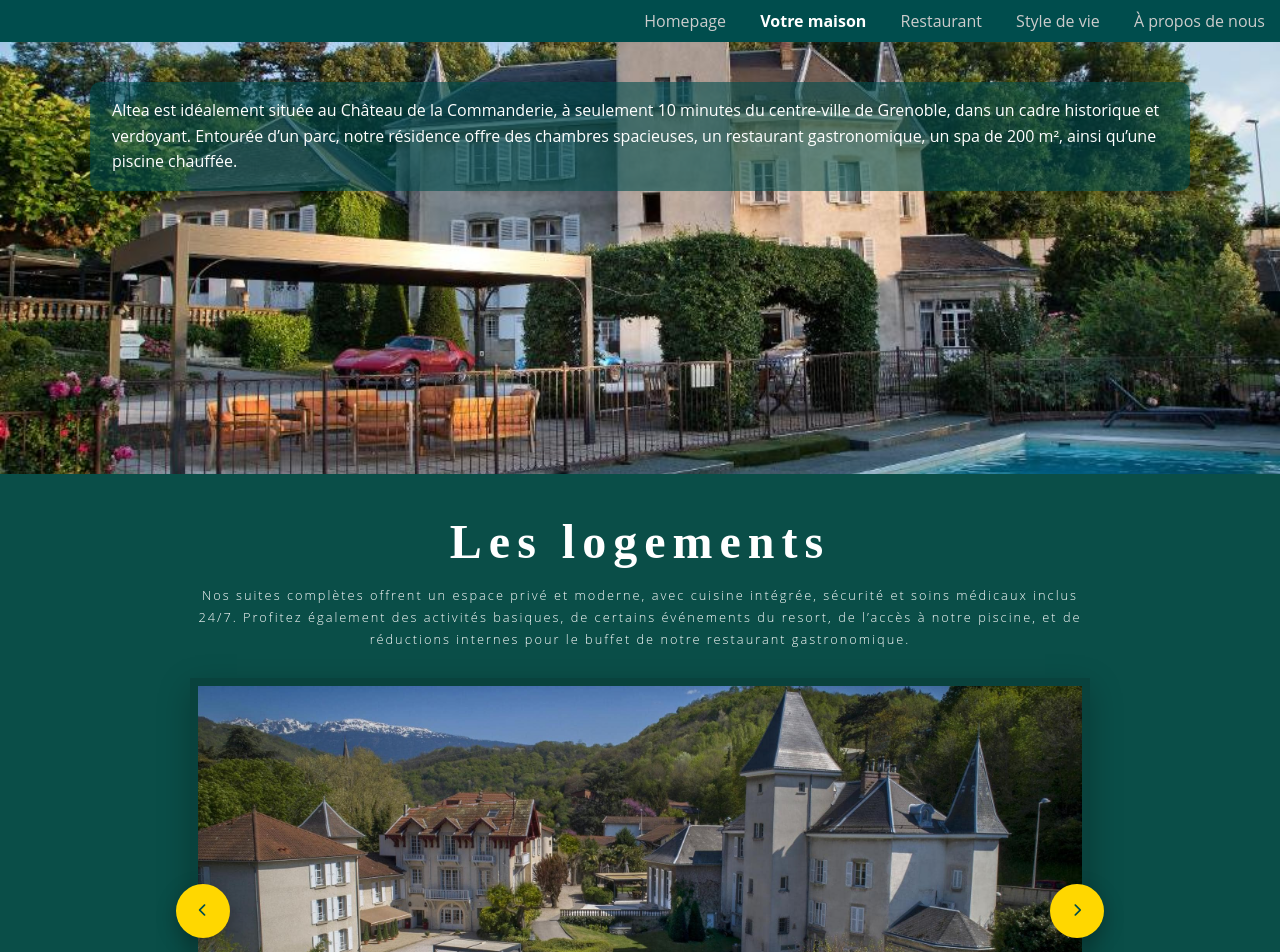
Repository: Rahimzeeeer/alteaaaa
Page: maison.html
An editor plug-in stored every save of this project. The page is shown before and after the next save, followed by the edit.
The browser window is 1280 px wide. The pictures show the part of the page from y = 0 to 952 px (the page is 3072 px tall).
A picture or video elsewhere on the page could not be fetched, so the positions and the page height are approximate.

Above is the page before, as saved 2025-08-12 17:00:58.

After the next save:
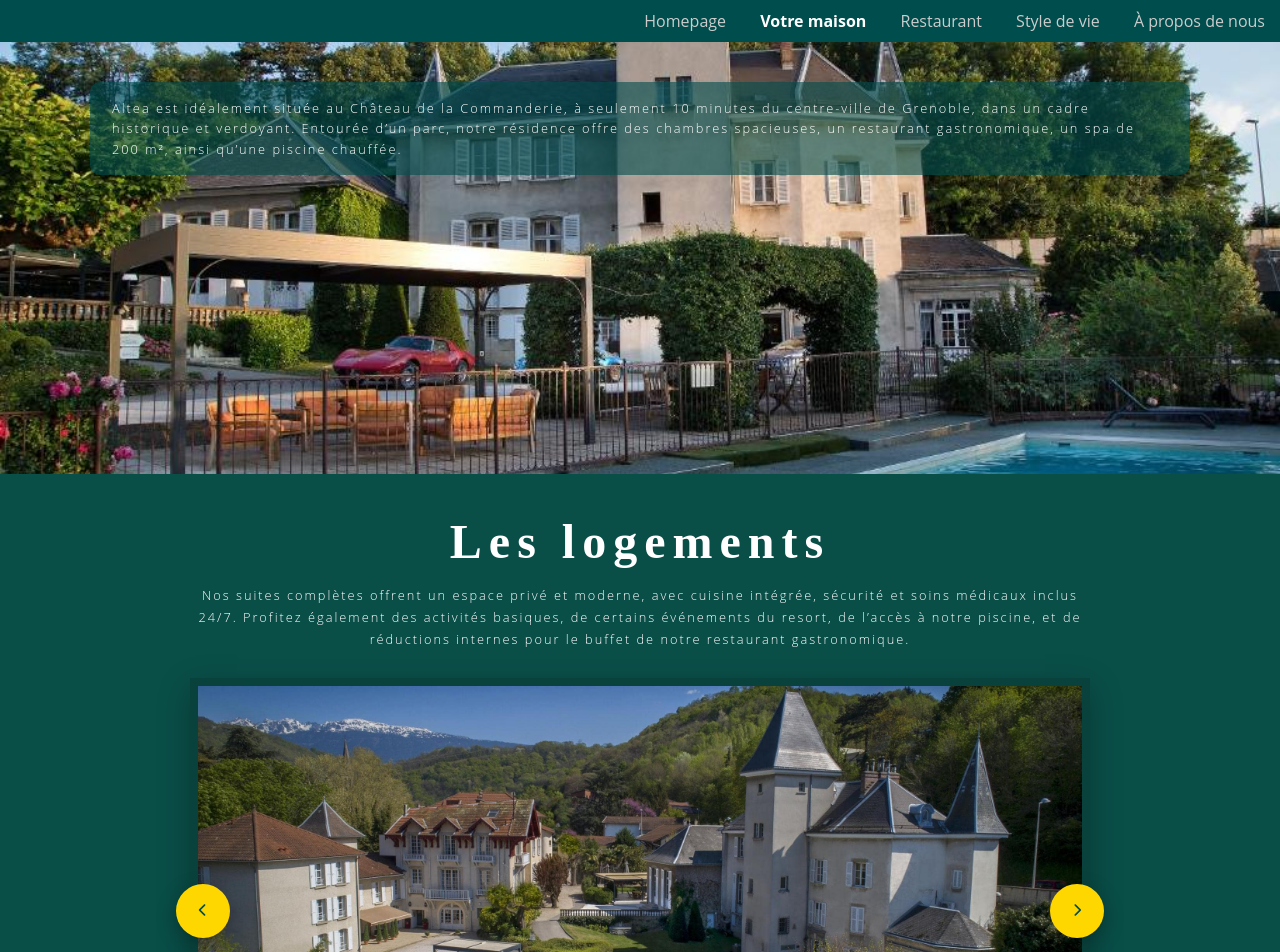
Saved 28 s later.
--- a/maison.html
+++ b/maison.html
@@ -24,11 +24,11 @@
 
   <!-- Bandeau visuel + encart -->
   <section class="cover-banner" style="--cover:url('images/maison/cover.jpg')">
-    <div class="cover-bubble">
+    <p class="cover-bubble">
       Altea est idéalement située au Château de la Commanderie, à seulement 10 minutes du centre-ville de Grenoble,
       dans un cadre historique et verdoyant. Entourée d’un parc, notre résidence offre des chambres spacieuses,
       un restaurant gastronomique, un spa de 200 m², ainsi qu’une piscine chauffée.
-    </div>
+    </p>
   </section>
 
   <!-- Titre + intro -->
